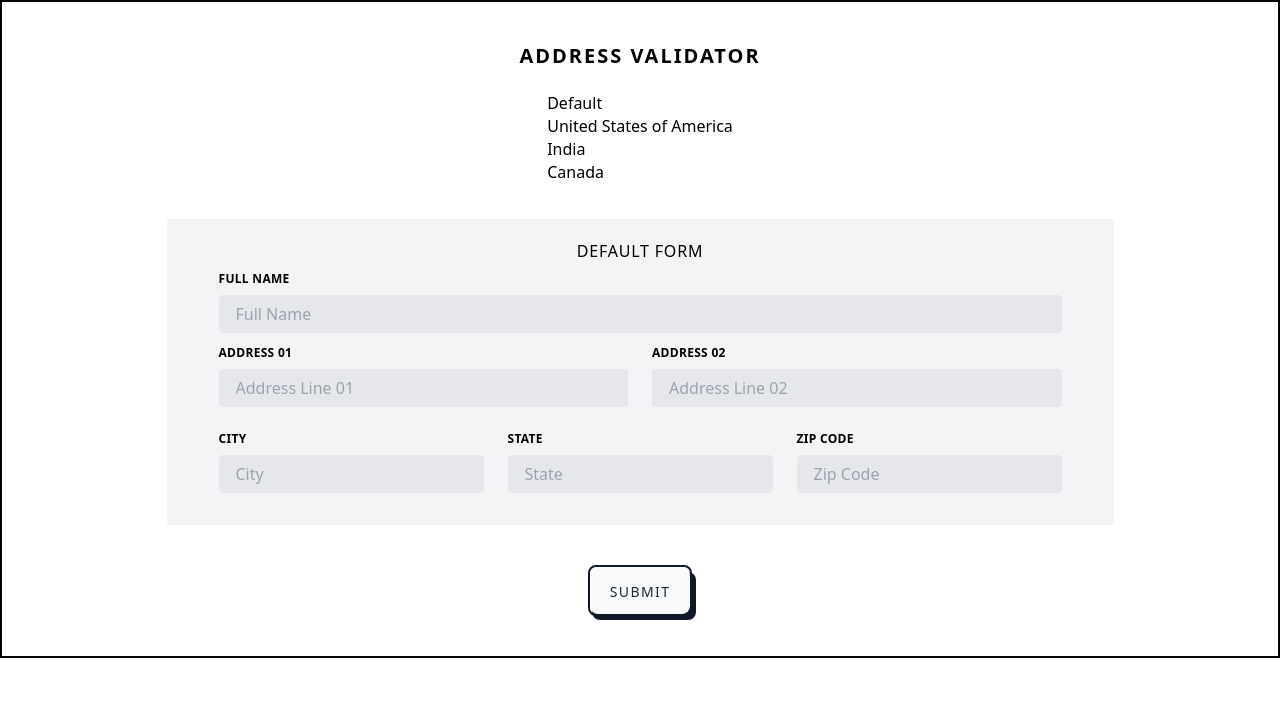
Repository: jay-singhvi/SWArchDesign_TeamProject
Page: / (app in frontend/address-validation/)
An editor plug-in stored every save of this project. The page is shown before and after the next save, followed by the edit.
The browser window is 1280 px wide. The pictures show the whole page.
The project was rebuilt for these pictures with package versions that can differ from the ones it lists, and the page was loaded fresh each time. Also part of the build but not shown: frontend/address-validation/src/App.css.

Above is the page before, as saved 2023-03-07 18:13:47.

After the next save:
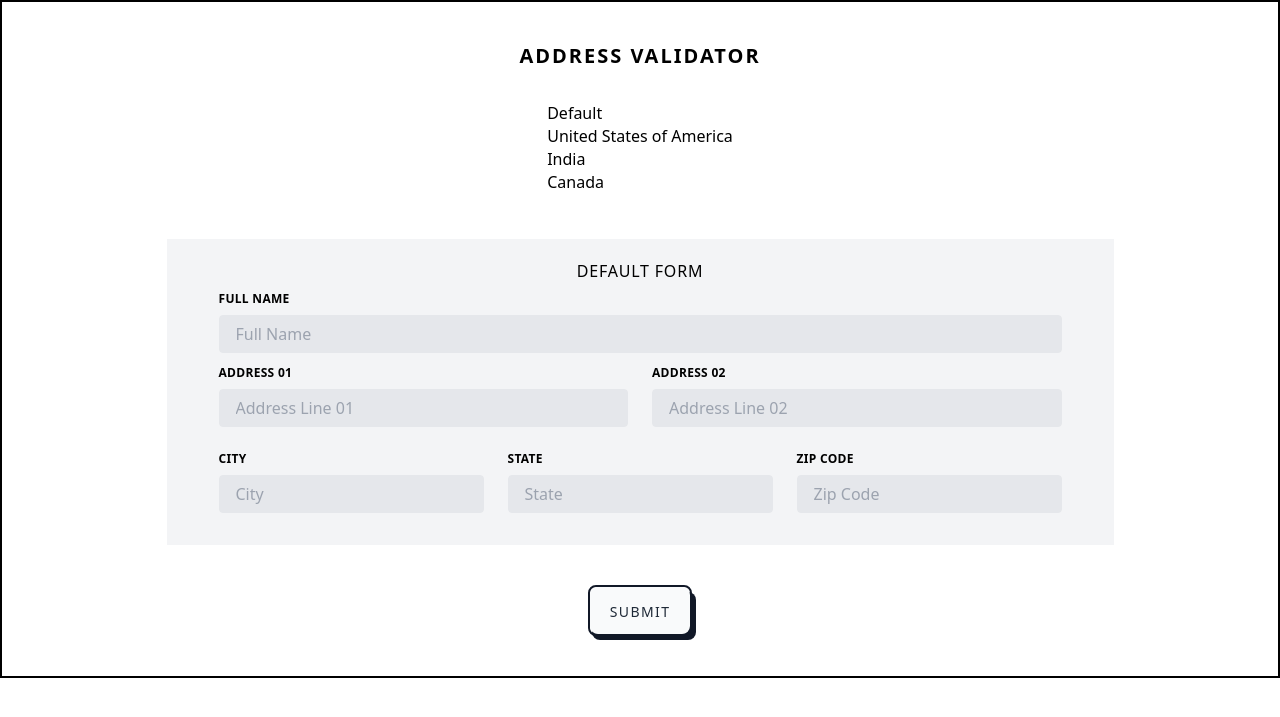
Saved 10 s later.
--- a/frontend/address-validation/src/App.js
+++ b/frontend/address-validation/src/App.js
@@ -156,7 +156,7 @@ function App() {
         </h1>
         <div className="mt-3">
           <select
-          style={{ padding:10}}
+          style={{ padding:20}}
             // className=" p-5 outline-none focus:outline-none"
             multiple
             value={countryList}
